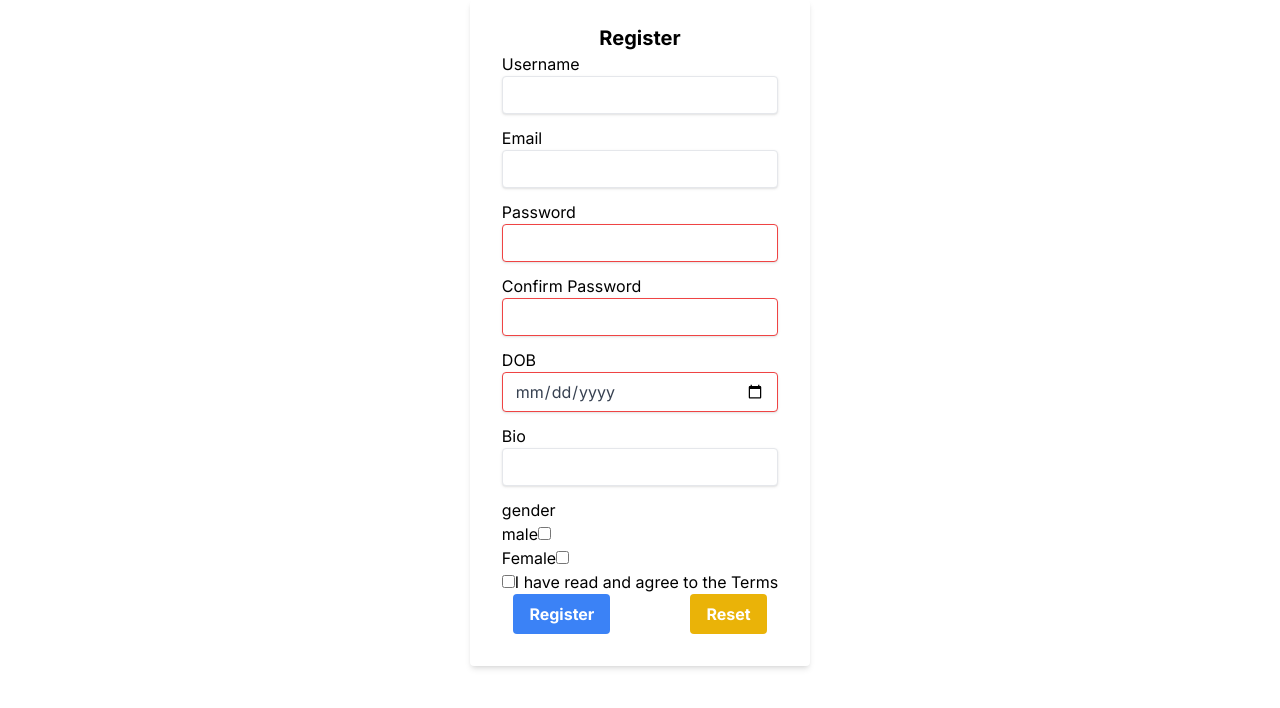
Repository: uh-sman/tiktok-card
Page: /
The author's editor kept a copy of each file at every save. The page is drawn from the files as they stood at one save, then again after the next save.
The browser window is 1280 px wide. The pictures show the whole page.
The project was rebuilt for these pictures with package versions that can differ from the ones it lists, and the page was loaded fresh each time. The framework's server and built-in components were replaced by stand-ins that run in the browser. Also part of the build but not shown: next.config.js.

Above is the page before, as saved 2023-12-19 14:30:55.

After the next save:
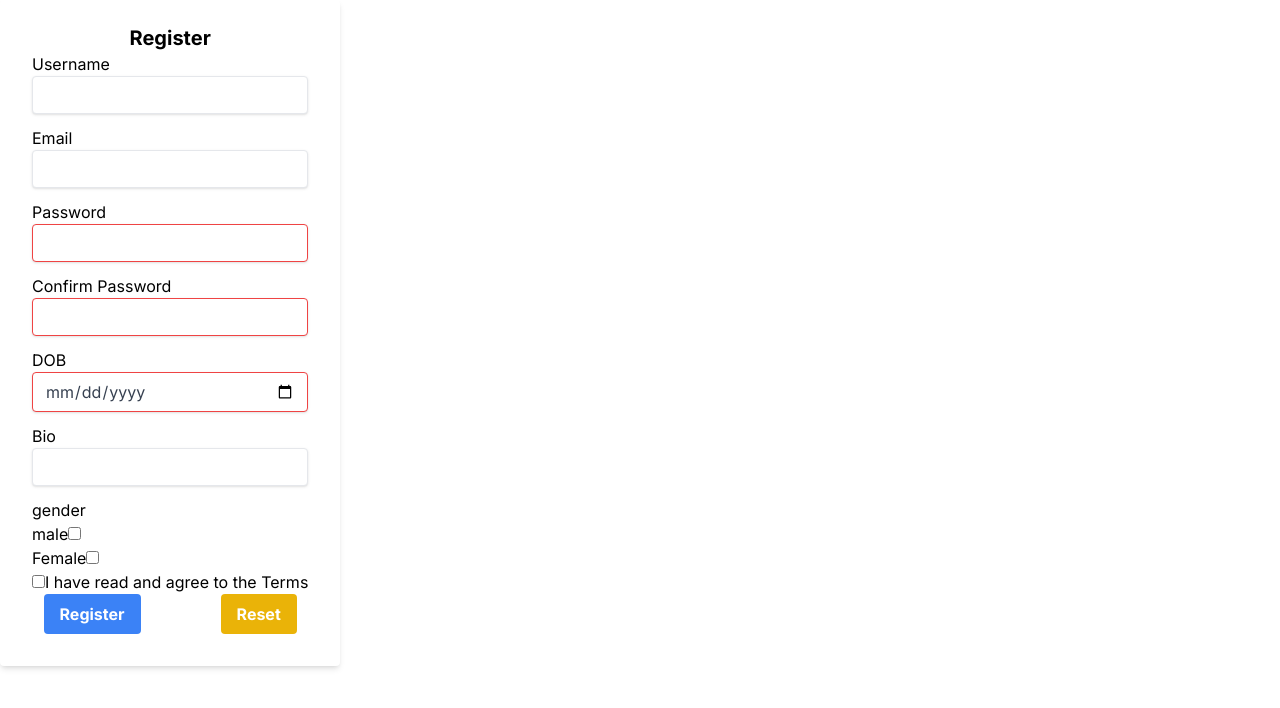
Saved 35 s later.
--- a/app/page.tsx
+++ b/app/page.tsx
@@ -15,7 +15,7 @@
 
 export default function Home() {
   return (
-    <div>
+    <div className="flex">
       <AuthForm />
     </div>
   )

After the save that followed:
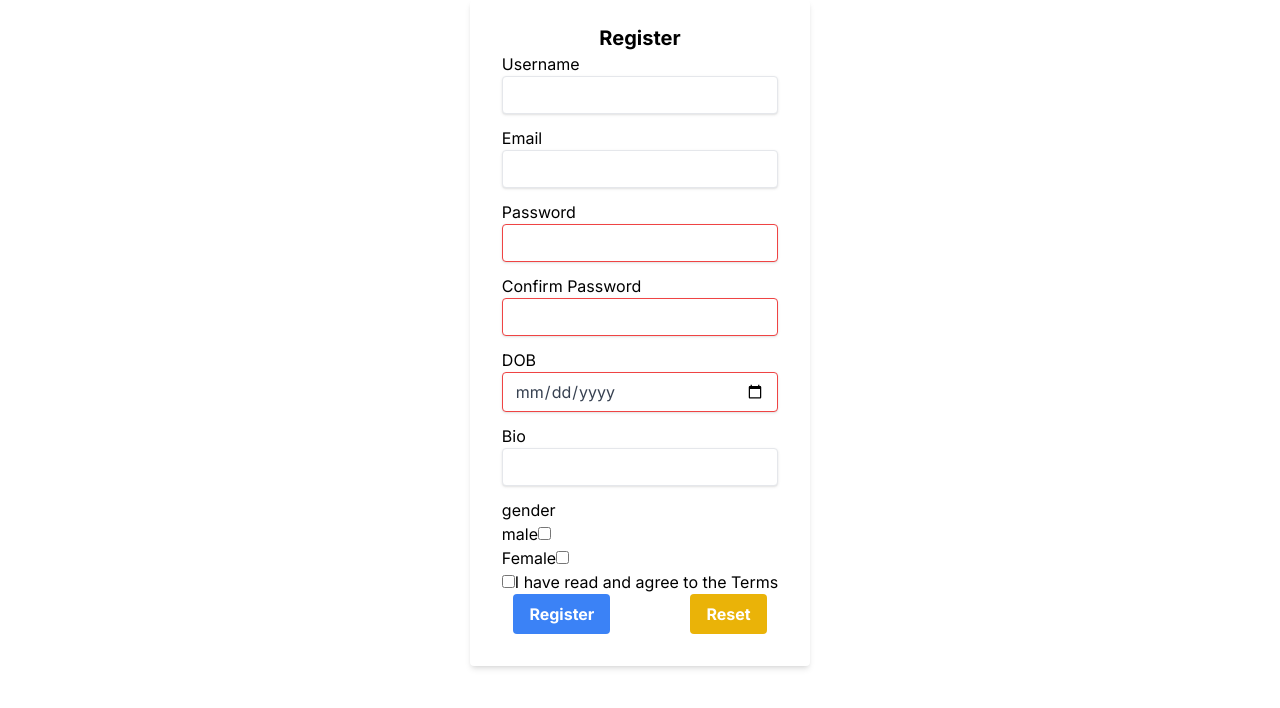
Saved 7 s later.
--- a/app/page.tsx
+++ b/app/page.tsx
@@ -15,7 +15,7 @@
 
 export default function Home() {
   return (
-    <div className="flex">
+    <div className="flex justify-center">
       <AuthForm />
     </div>
   )
